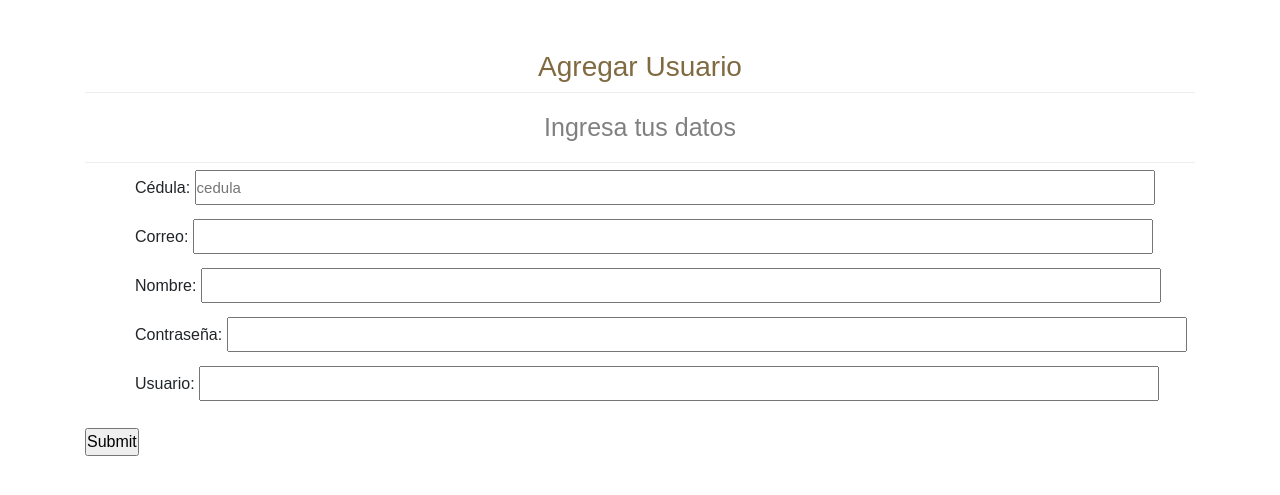
Repository: andresrojas686/tiendaGenericaMintic
Page: primerJSP/src/main/webapp/agregarUsuario.html
An editor plug-in stored every save of this project. The page is shown before and after the next save, followed by the edit.
The browser window is 1280 px wide. The pictures show the whole page.

Above is the page before, as saved 2021-09-15 22:02:55.

After the next save:
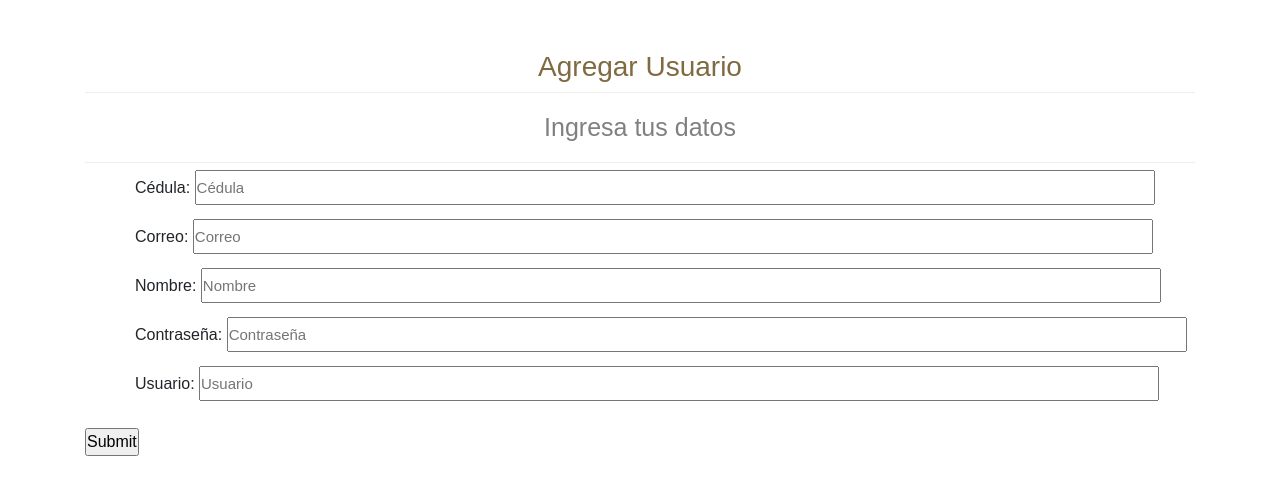
Saved 2 min 13 s later.
--- a/primerJSP/src/main/webapp/agregarUsuario.html
+++ b/primerJSP/src/main/webapp/agregarUsuario.html
@@ -19,23 +19,23 @@
 						<form action="agregarUsuario.jsp" method = "post">
 							<label for="cedula">
 								<span>Cédula:</span>
-								<input type = "text" name = "cedula" id="cedula" placeholder="cedula">
+								<input type = "text" name = "cedula" id="cedula" placeholder="Cédula">
 							</label>
 							<label for="correo">
 								<span>Correo:</span>
-								<input type = "text" name = "correo">
+								<input type = "text" name = "correo" id="correo" placeholder="Correo">
 							</label>
 							<label for="nombre">
 								<span>Nombre:</span>
-								<input type = "text" name = "nombre">
+								<input type = "text" name = "nombre" id="nombre" placeholder="Nombre">
 							</label>
 							<label for="pass">
 								<span>Contraseña:</span>
-								<input type = "text" name = "pass">
+								<input type = "text" name = "pass" id="pass" placeholder="Contraseña">
 							</label>
 							<label for="usuario">
 								<span>Usuario:</span>
-								<input type = "text" name = "usuario">
+								<input type = "text" name = "usuario" id="usuario" placeholder="Usuario">
 							</label>
 							<div class="contenedor-botones">
 								<input type = "submit">
